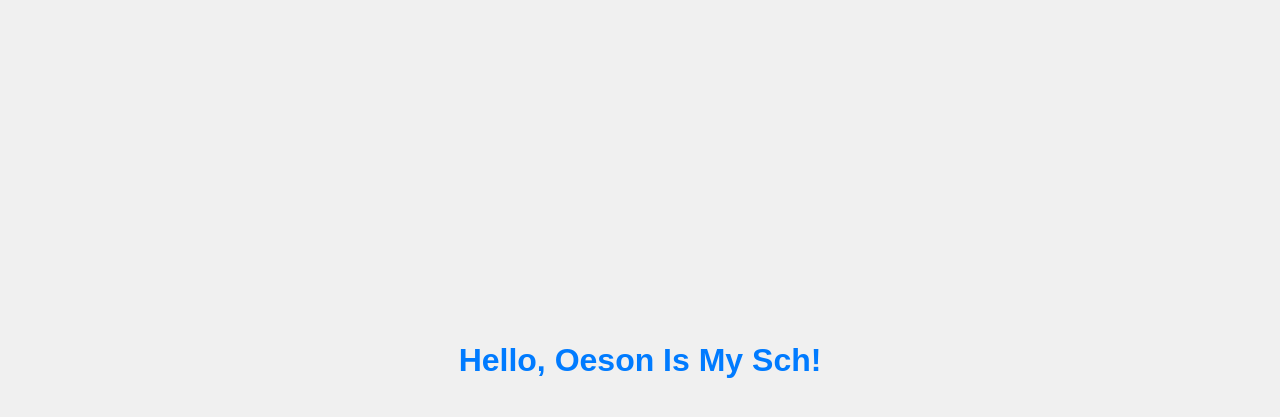
Repository: Richard-Moses/menjenkins
Page: Dev/website/index.html
The author's editor kept a copy of each file at every save. The page is drawn from the files as they stood at one save, then again after a run of saves.
The browser window is 1280 px wide. The pictures show the whole page.

Above is the page before, as saved 2025-07-30 14:47:44.

After the next 2 saves:
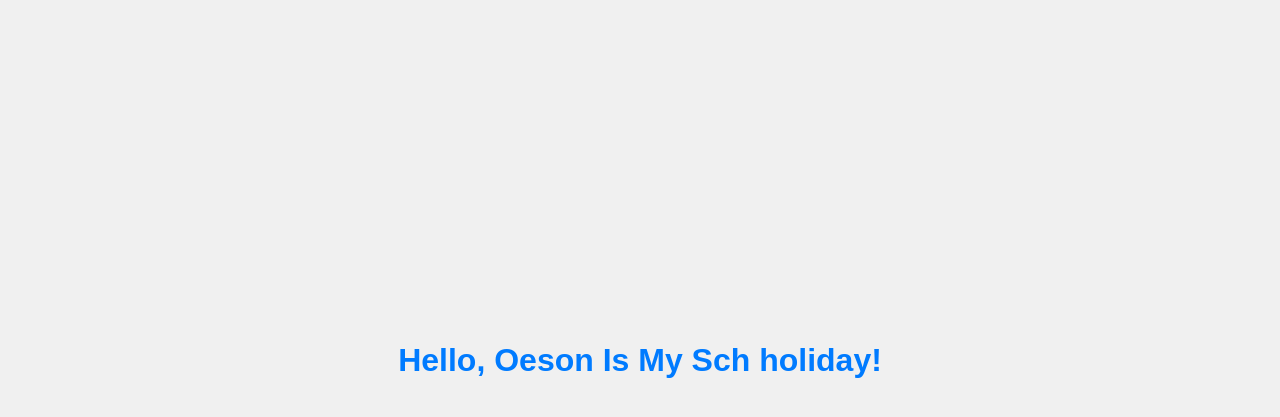
The 2 saves are shown as one change because they came seconds apart.
The last was saved 33 min 30 s later.
--- a/Dev/website/index.html
+++ b/Dev/website/index.html
@@ -21,6 +21,6 @@
     </style>
 </head>
 <body>
-    <h1>Hello, Oeson Is My Sch!</h1>
+    <h1>Hello, Oeson Is My Sch holiday!</h1>
 </body>
 </html>
